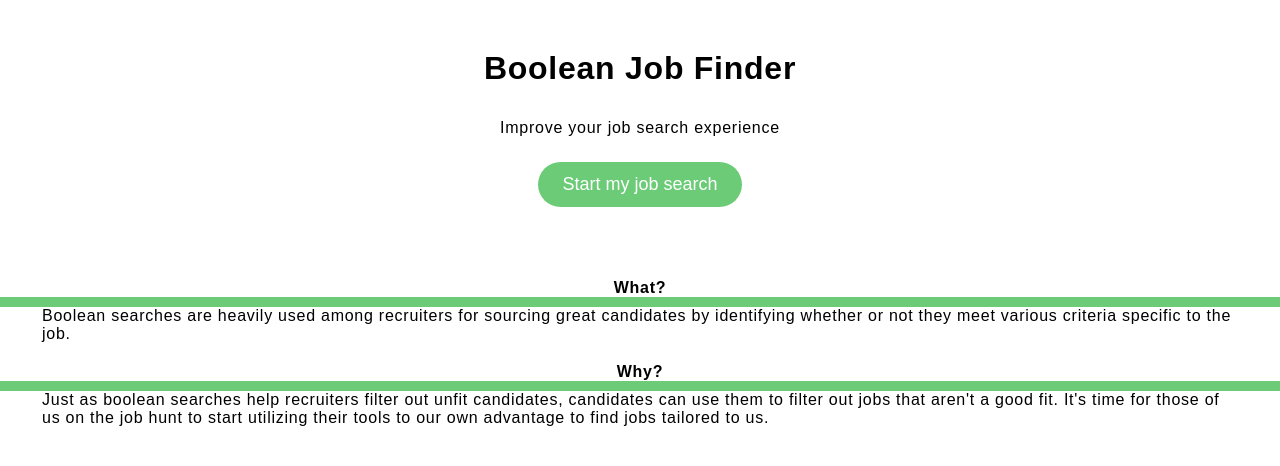
Repository: Rthompson2548/boolean-job-searcher
Page: /
An editor plug-in stored every save of this project. The page is shown before and after a run of saves, followed by the edit.
The browser window is 1280 px wide. The pictures show the whole page.
The project was rebuilt for these pictures with package versions that can differ from the ones it lists, and the page was loaded fresh each time.

Above is the page before, as saved 2022-04-05 14:07:50.

After the next 3 saves:
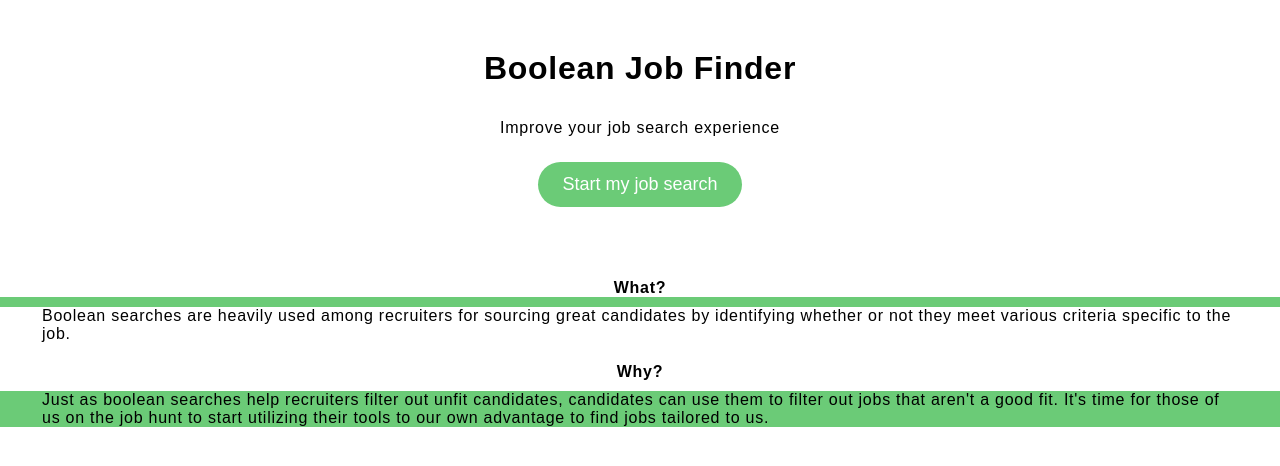
The 3 saves are shown as one change because they came seconds apart.
The last was saved 8 s later.
--- a/src/styles.css
+++ b/src/styles.css
@@ -52,7 +52,7 @@ h3 {
   margin: 20px 0 10px 0;
 }
 
-.what-why div {
+.what-why-info {
   background-color: #6bcb77;
 }
 
